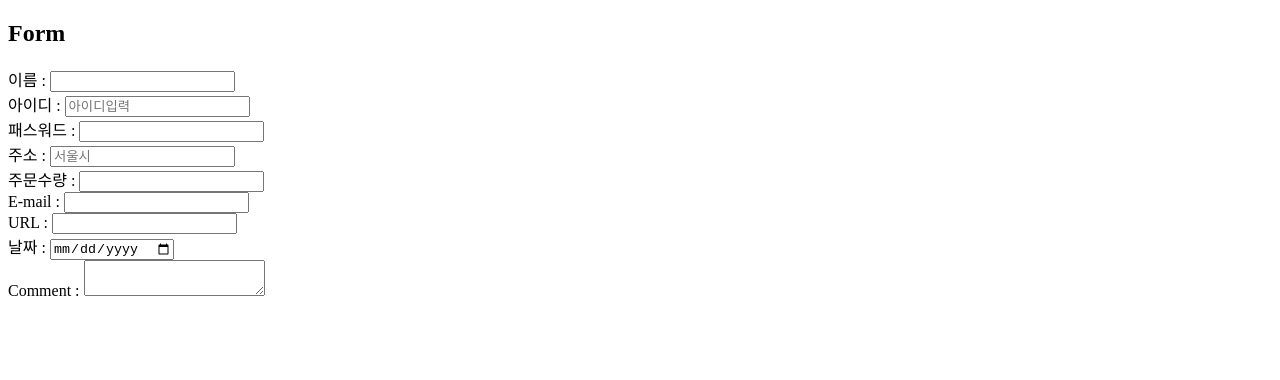
Repository: star-min/jsp_basic
Page: jsp1/web01/src/main/webapp/form.html
These files come from the project's save history. The page is drawn as it stood at one moment and after the next save; the edit follows.
The browser window is 1280 px wide. The pictures show the whole page.

Above is the page before, as saved 2022-04-22 05:19:24.

After the next save:
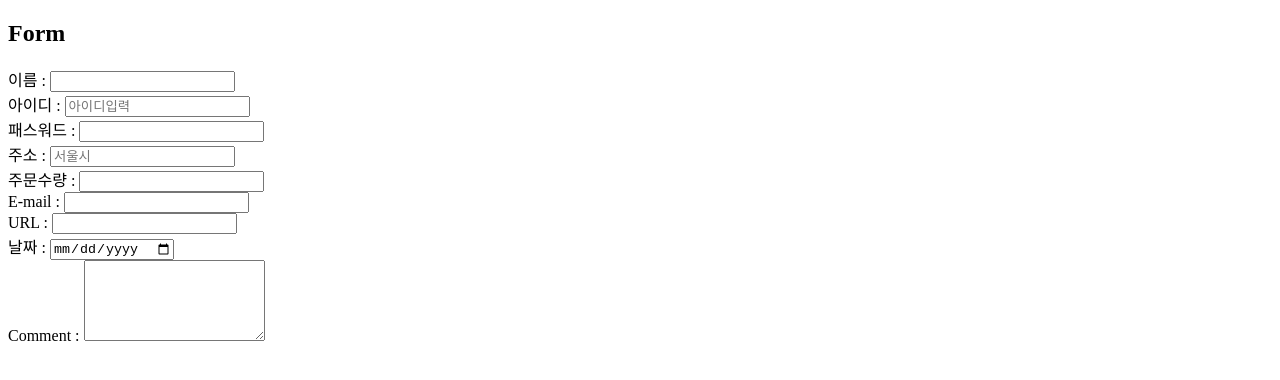
Saved 4 s later.
--- a/jsp1/web01/src/main/webapp/form.html
+++ b/jsp1/web01/src/main/webapp/form.html
@@ -72,7 +72,7 @@
 			<tr>
 				<th>Comment : </th>
 				<td>
-					<textarea name="comment" rows="0" cols="20"></textarea>
+					<textarea name="comment" rows="5" cols="20"></textarea>
 					</br>
 				</td>
 			</tr>
